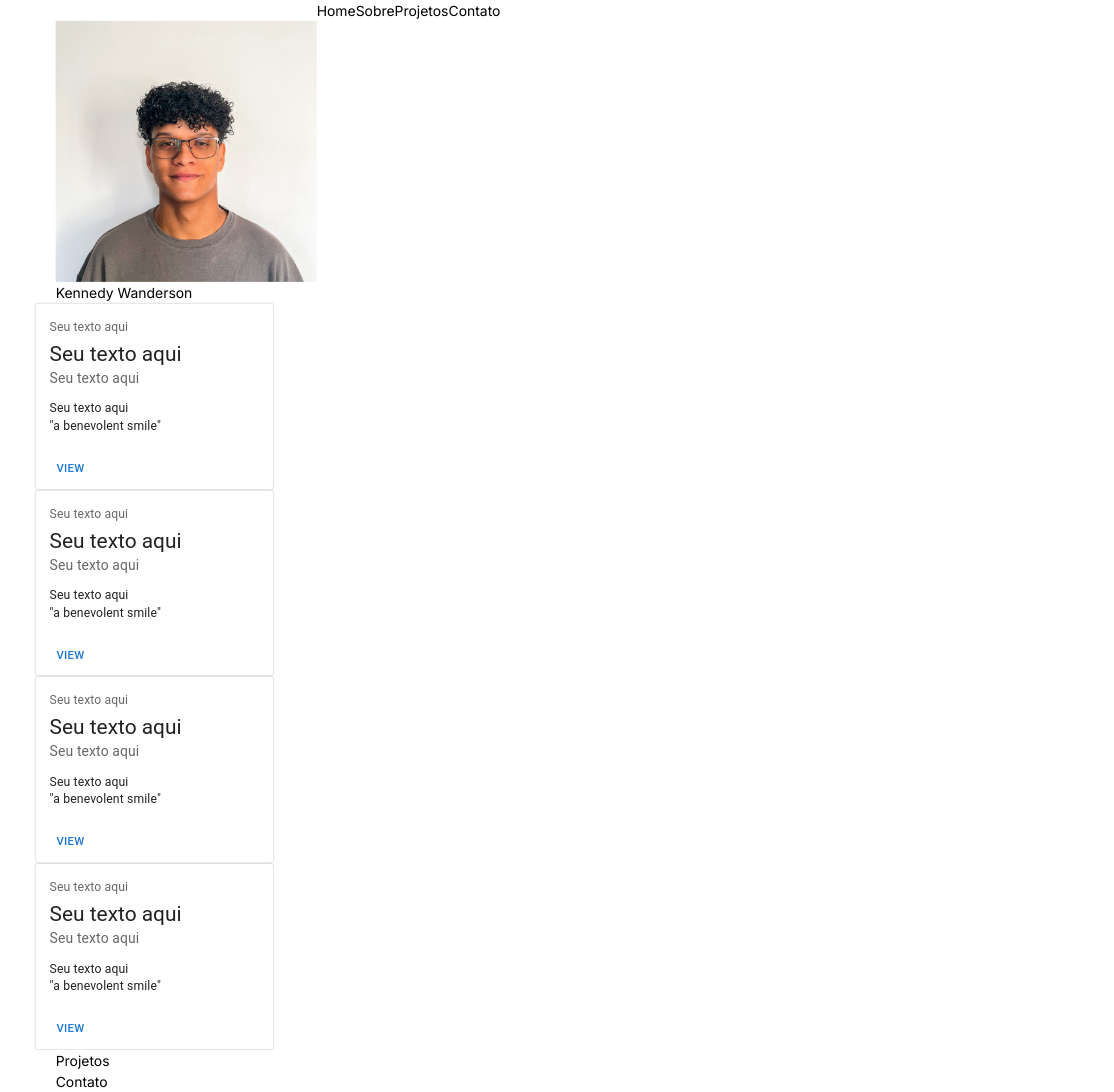
Repository: KennedyWanderson/landing
Page: /
An editor plug-in stored every save of this project. The page is shown before and after a run of saves, followed by the edit.
The browser window is 1280 px wide. The pictures show the whole page, at 87% of full size.
The project was rebuilt for these pictures with package versions that can differ from the ones it lists, and the page was loaded fresh each time. The framework's server and built-in components were replaced by stand-ins that run in the browser. Also part of the build but not shown: next.config.js.

Above is the page before, as saved 2024-01-04 10:54:02.

### src/app/page.tsx
import Content from "@/Components/Content";
import Header from "@/Components/Header";

export default function Home() {
  return (
    <div>
      <Content />
    </div>
  )
}

### src/Components/Content.tsx
import { Container } from "@mui/material";
import Header from "./Header";
import Image from "next/image";
import About from "./About";
import Projects from "./Projects";
import Contact from "./Contact";

export default function Content(){
    return(
        <Container>
            <Header />
            <div className="flex flex-col items-center p-5 shadow-md rounded-xl bg-gray-100">
                <div className="flex items-center justify-center tracking-wider space-x-6 ">
                    <Image className="rounded-full" src="/me.jpeg" alt="" width={300} height={300} />
                    <span className="font-bold font-mono no-italic text-2xl">Kennedy Wanderson <br></br> Front-end Developer</span>
                </div>
            </div>
            <div className="flex flex-col items-center">
                <About />
                <Projects />
                <Contact />
            </div>

        </Container>
    )
}

### src/Components/Header.tsx
import { Container } from "@mui/material";

export default function Header(){
    return(

        <Container maxWidth="sm">
            <div className="flex flex-col items-center m-5">
                <ul className="tracking-wider space-x-6">
                    <a href="#">
                        <span>Home</span>
                    </a>
                    <a href="#">
                        <span>Sobre</span>
                    </a>
                    <a href="#">
                        <span>Projetos</span>
                    </a>
                    <a href="#">
                        <span>Contato</span>
                    </a>
                </ul>
            </div>
        </Container>
    )
}

### src/Components/About.tsx
import * as React from 'react';
import { experimentalStyled as styled } from '@mui/material/styles';
import Box from '@mui/material/Box';
import Paper from '@mui/material/Paper';
import Grid from '@mui/material/Grid';
import OutlinedCard from './Card';

// Verifica se o código está rodando no lado do cliente antes de chamar experimentalStyled()
let Item;
if (typeof window !== 'undefined') {
    Item = styled(Paper)(({ theme }) => ({
        backgroundColor: theme.palette.mode === 'dark' ? '#1A2027' : '#fff',
        ...theme.typography.body2,
        padding: theme.spacing(2),
        textAlign: 'center',
        color: theme.palette.text.secondary,
    }));
} else {
    // Caso esteja no lado do servidor, define um componente vazio ou um fallback
    Item = ({ children }) => <div>{children}</div>;
}

export default function ResponsiveGrid() {
    return (

            <Grid container spacing={{ xs: 2, md: 3 }} columns={{ xs: 4, sm: 8, md: 12 }}>
                {Array.from(Array(1)).map((_, index) => (
                    <Grid key={index}>
                            <div className="flex flex-col items-center p-5 shadow-md rounded-xl bg-gray-100">
                                <div className="flex items-center justify-center ">
                                    <OutlinedCard />
                                    <OutlinedCard />
                                    <OutlinedCard />
                                    <OutlinedCard />

                                </div>
                            </div>
                    </Grid>
                ))}
            </Grid>
    );
}

### src/Components/Projects.tsx

export default function Projects(){
    return(
        <div>
            Projetos
        </div>
    )
}

### src/Components/Contact.tsx

export default function Contact(){
    return(
        <div>
            Contato
        </div>
    )
}

### src/Components/Card.tsx
import * as React from 'react';
import Box from '@mui/material/Box';
import Card from '@mui/material/Card';
import CardActions from '@mui/material/CardActions';
import CardContent from '@mui/material/CardContent';
import Button from '@mui/material/Button';
import Typography from '@mui/material/Typography';

interface AboutProps {
    text: string;
    icone?: any;
    url?: string;
    className?: string;
    onClick?: (evento: any) => void;
}

function CardContentComponent(props: AboutProps) {
    return (
        <React.Fragment>
            <CardContent>
                <Typography sx={{ fontSize: 14 }} color="text.secondary" gutterBottom>
                    {props.text}
                </Typography>
                <Typography variant="h5" component="div">
                    {props.text}
                </Typography>
                <Typography sx={{ mb: 1.5 }} color="text.secondary">
                    {props.text}
                </Typography>
                <Typography variant="body2">
                    {props.text}
                    <br />
                    {'"a benevolent smile"'}
                </Typography>
            </CardContent>
            <CardActions>
                <Button size="small">View</Button>
            </CardActions>
        </React.Fragment>
    );
}

export default function OutlinedCard() {
    return (
        <Box sx={{ minWidth: 275 }}>
            <Card variant="outlined">
                {/* Chama o componente CardContentComponent dentro do Card */}
                <CardContentComponent text="Seu texto aqui" />
            </Card>
        </Box>
    );
}

Loaded but not shown: src/app/layout.tsx (common file); src/app/globals.css (common file); tailwind.config.ts (common file)

After the next 4 saves:
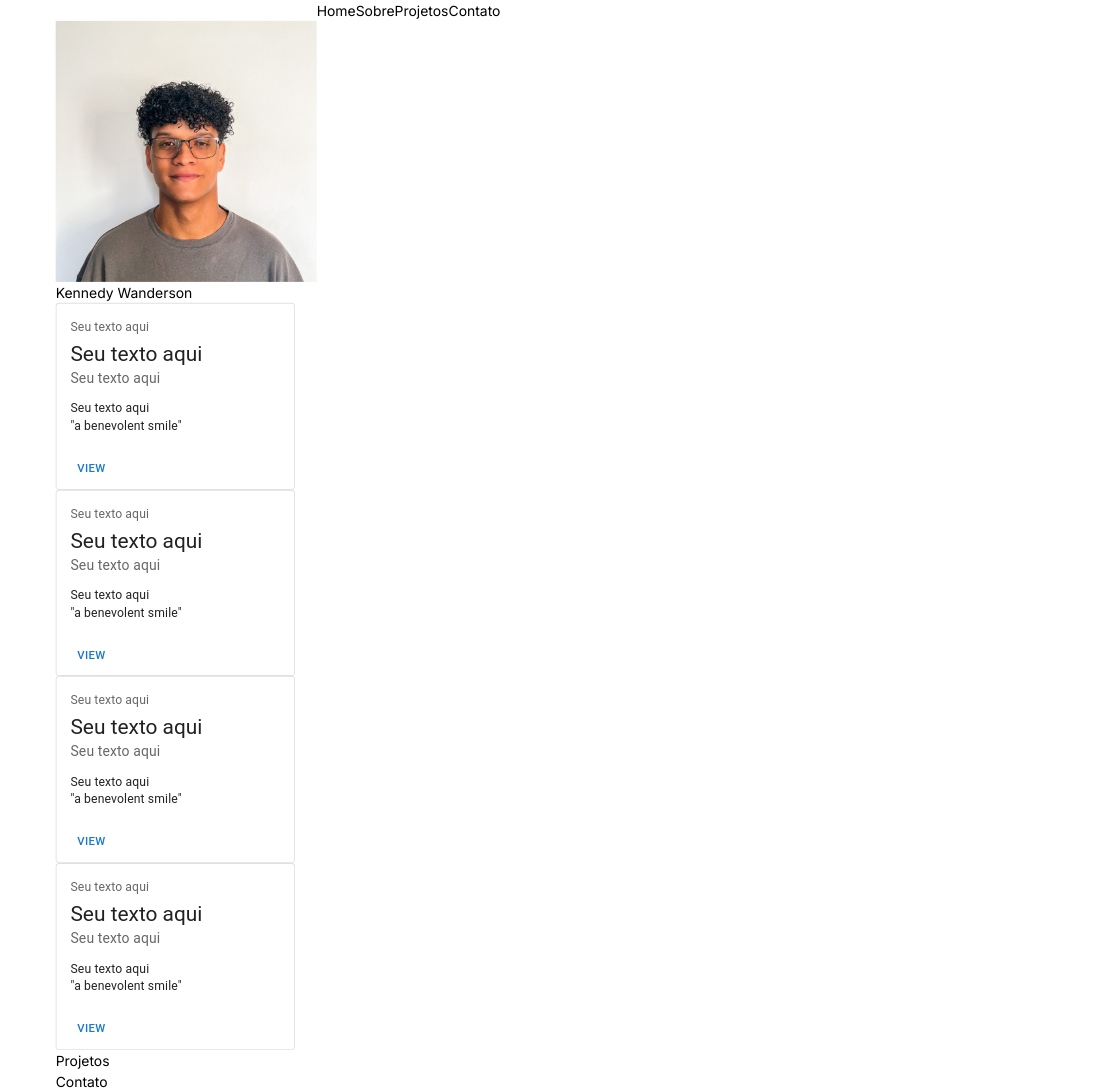
The 4 saves are shown as one change because 1 did not build or start and some came seconds apart.
The last was saved 16 s later.
--- a/src/Components/About.tsx
+++ b/src/Components/About.tsx
@@ -4,6 +4,7 @@ import Box from '@mui/material/Box';
 import Paper from '@mui/material/Paper';
 import Grid from '@mui/material/Grid';
 import OutlinedCard from './Card';
+import { Container } from '@mui/material';
 
 // Verifica se o código está rodando no lado do cliente antes de chamar experimentalStyled()
 let Item;
@@ -22,7 +23,7 @@ if (typeof window !== 'undefined') {
 
 export default function ResponsiveGrid() {
     return (
-
+        <Container>
             <Grid container spacing={{ xs: 2, md: 3 }} columns={{ xs: 4, sm: 8, md: 12 }}>
                 {Array.from(Array(1)).map((_, index) => (
                     <Grid key={index}>
@@ -38,5 +39,7 @@ export default function ResponsiveGrid() {
                     </Grid>
                 ))}
             </Grid>
+
+        </Container>
     );
 }
